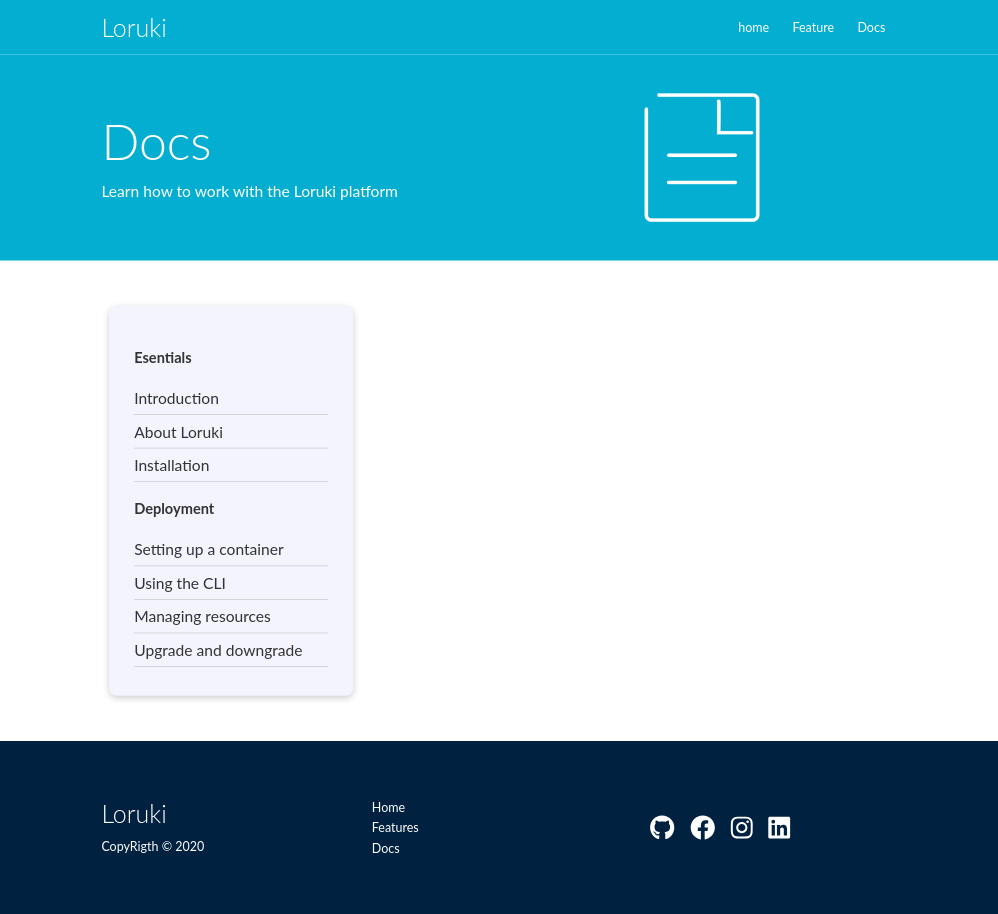
Repository: MosiurRrahman/loruki-app-reactjs
Page: /docs
These files come from the project's save history. The page is drawn as it stood at one moment and after the next save; the edit follows.
The browser window is 1280 px wide. The pictures show the whole page, at 78% of full size.
The project was rebuilt for these pictures with package versions that can differ from the ones it lists, and the page was loaded fresh each time. Also part of the build but not shown: src/components/pages/home/Cli.js, src/components/pages/home/Cloud.js, src/components/pages/home/Languages.js, src/components/pages/home/ShowcaseForm.js, src/components/pages/home/ShowCase.js, src/components/pages/home/Status.js, src/components/pages/home/HomePage.js, src/components/layouts/Main.jsx and 4 more.

Above is the page before, as saved 2021-10-06 15:12:22.

After the next save:
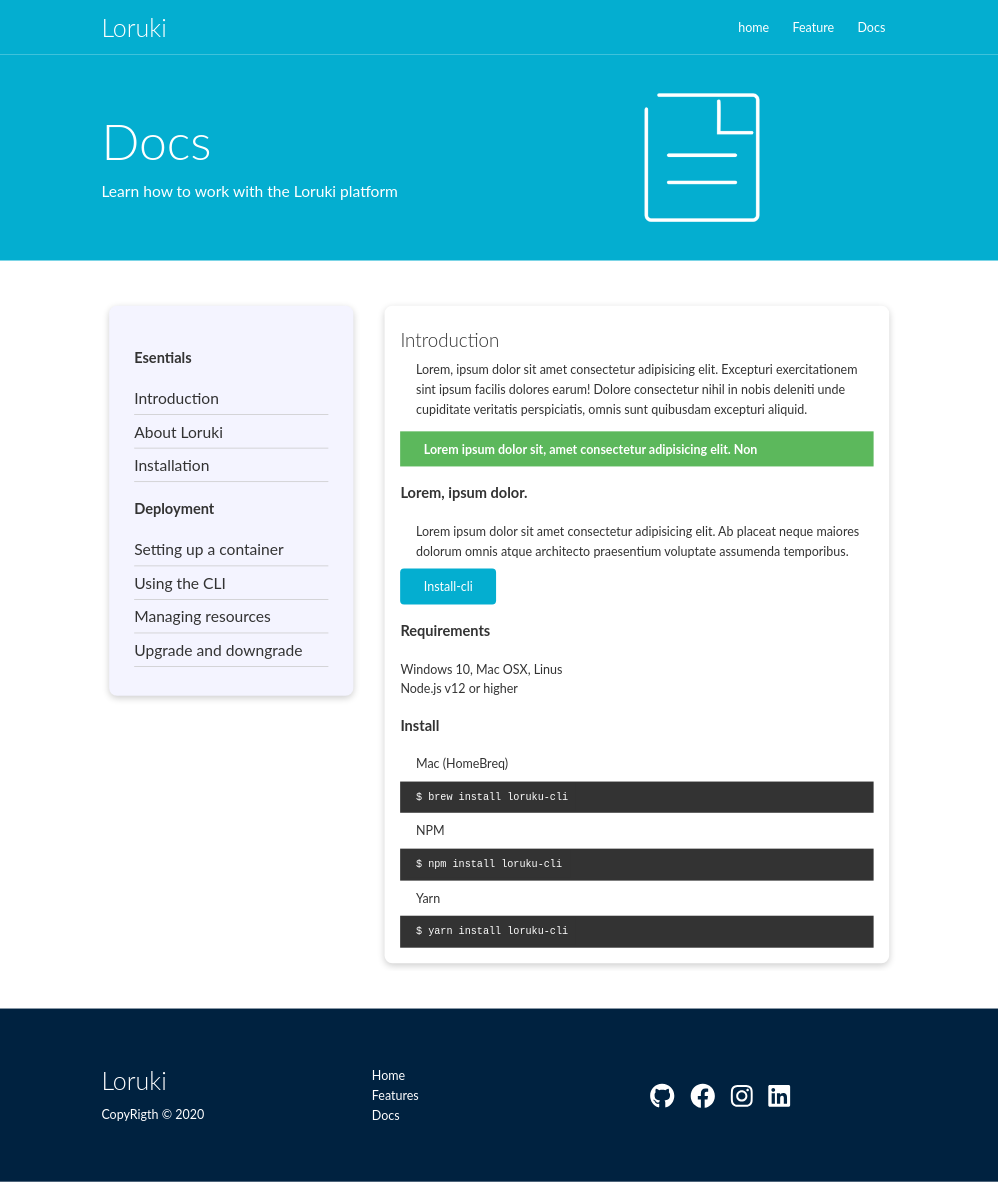
Saved 15 s later.
--- a/src/components/pages/docs/Docs.js
+++ b/src/components/pages/docs/Docs.js
@@ -1,5 +1,6 @@
 import React, { Component } from "react";
 import CardLeft from "./CardLeft";
+import CardRigth from "./CardRigth";
 import DocsHead from "./DocsHead";
 class Docs extends Component {
   render() {
@@ -9,6 +10,7 @@ class Docs extends Component {
       <section className="docs-main my-4">
           <div className="container grid">
               <CardLeft/>
+              <CardRigth/>
           </div>
       </section>
       </>
